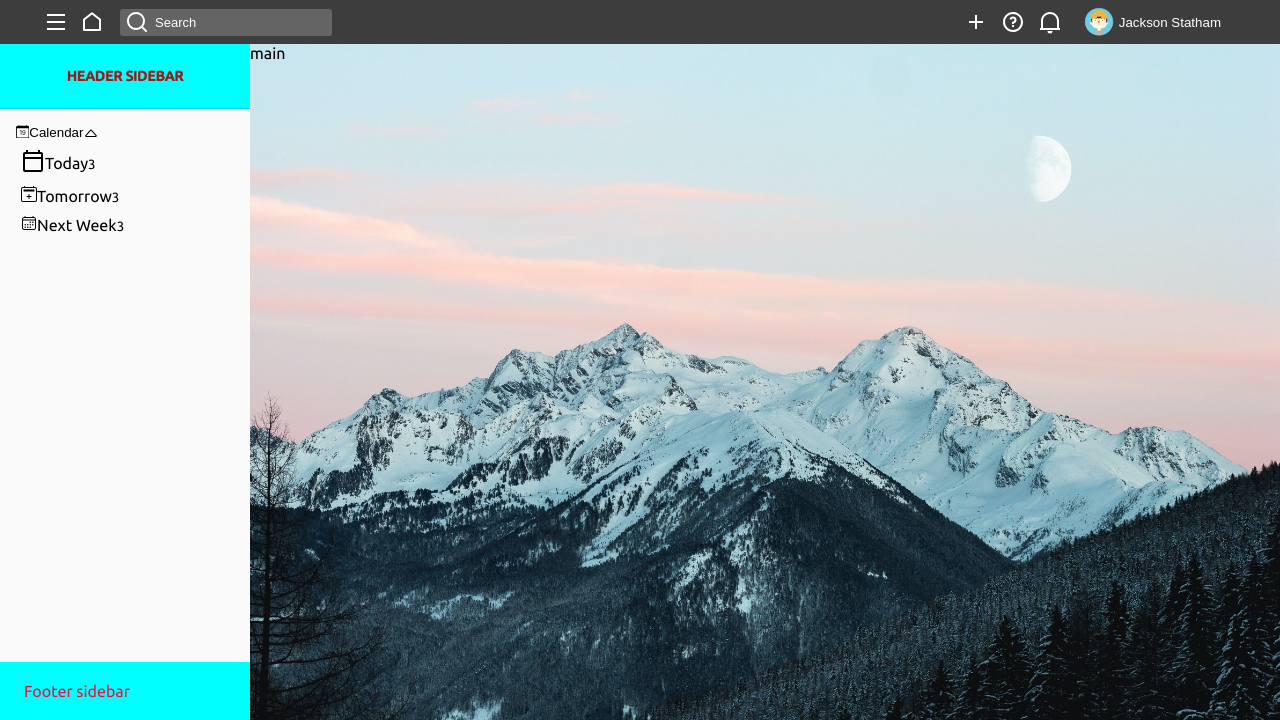
Repository: huuthe1999/to-do-list
Page: /
An editor plug-in stored every save of this project. The page is shown before and after the next save, followed by the edit.
The browser window is 1280 px wide. The pictures show the whole page.
The project was rebuilt for these pictures with package versions that can differ from the ones it lists, and the page was loaded fresh each time. Also part of the build but not shown: src/components/form/addForm/addForm.scss, src/components/form/addForm/AddForm.js, src/components/modal/modal.scss, src/components/modal/Modal.js.

Above is the page before, as saved 2022-02-17 14:31:08.

After the next save:
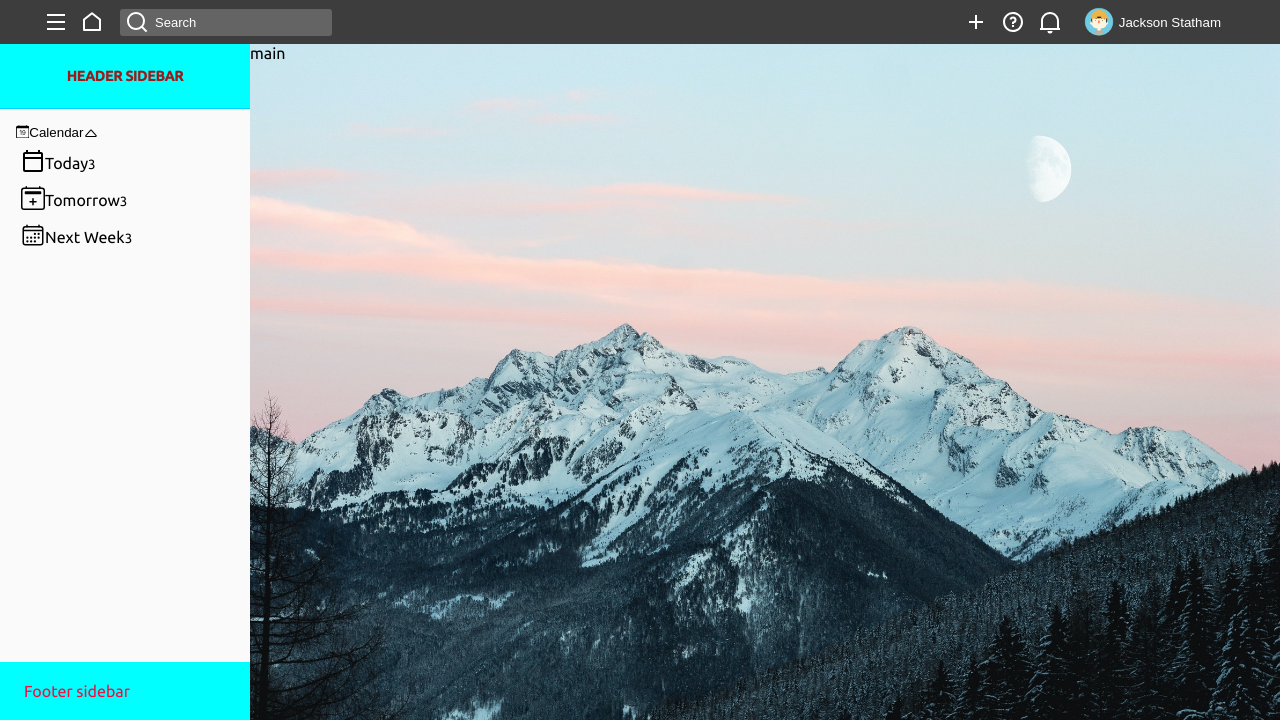
Saved 74 s later.
--- a/src/components/calendar/Calendar.js
+++ b/src/components/calendar/Calendar.js
@@ -6,8 +6,8 @@ import './calendar.scss';
 import CalendarItem from './calendarItem/CalendarItem';
 const calendarList = [
 	{ id: 1, name: 'Today', icon: <MdOutlineCalendarToday size='24px' /> },
-	{ id: 2, name: 'Tomorrow', icon: <BsCalendar2Plus /> },
-	{ id: 3, name: 'Next Week', icon: <IoCalendarOutline /> },
+	{ id: 2, name: 'Tomorrow', icon: <BsCalendar2Plus size='24px' /> },
+	{ id: 3, name: 'Next Week', icon: <IoCalendarOutline size='24px' /> },
 ];
 const Calendar = () => {
 	return (
